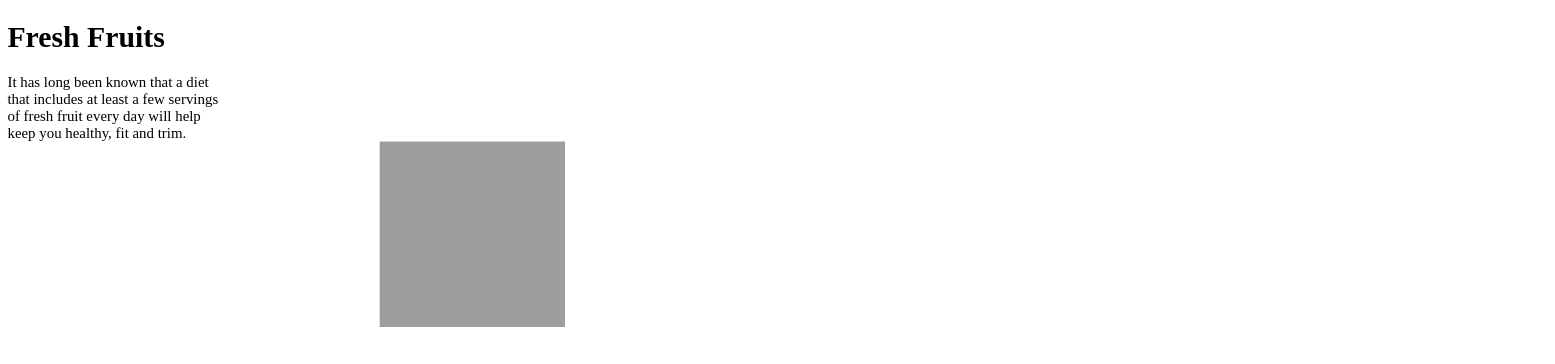
Repository: Helianthusss/Learn-CPP
Page: HTML/lap2/bai1.html
An editor plug-in stored every save of this project. The page is shown before and after the next save, followed by the edit.
The browser window is 1280 px wide. The page is 1280 px wide, then 1672 px, so the pictures cover 1672 px, including what lies to the right of the window. The pictures show the whole page, at 93% of full size.
Pictures or frames that could not be fetched are drawn as grey boxes.

Above is the page before, as saved 2021-09-22 10:22:47.

### HTML/lap2/bai1.html
<!DOCTYPE html>
<html lang="en">
  <head>
    <meta charset="UTF-8" />
    <meta http-equiv="X-UA-Compatible" content="IE=edge" />
    <meta name="viewport" content="width=device-width, initial-scale=1.0" />
    <title>FreshFruits</title>
    <style>
      .img {
        position: relative;

        right: -400px;
      }
    </style>
  </head>
  <body>
    <h1>Fresh Fruits</h1>
    <p>
      It has long been known that a diet<br />
      that includes at least a few servings<br />
      of fresh fruit every day will help<br />
      keep you healthy, fit and trim.<br />
      <img
        class="img"
        src="https://img.lovepik.com/element/40111/3411.png_860.png"
        alt="Fruits"
        width="200"
        height="200"
        align="center"
      />
    </p>
  </body>
</html>

After the next save:
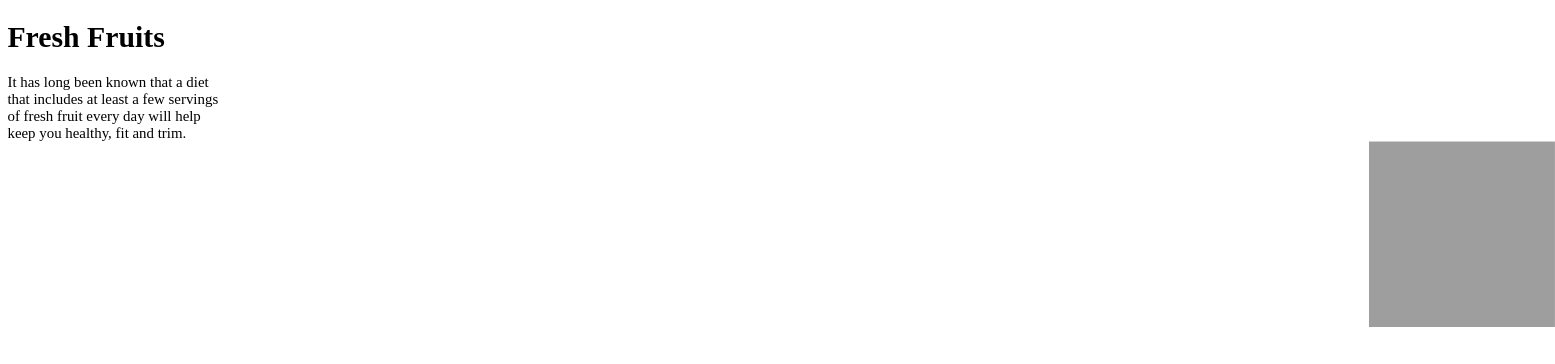
Saved 5 s later.
--- a/HTML/lap2/bai1.html
+++ b/HTML/lap2/bai1.html
@@ -26,7 +26,7 @@
         alt="Fruits"
         width="200"
         height="200"
-        align="center"
+        align="right"
       />
     </p>
   </body>
